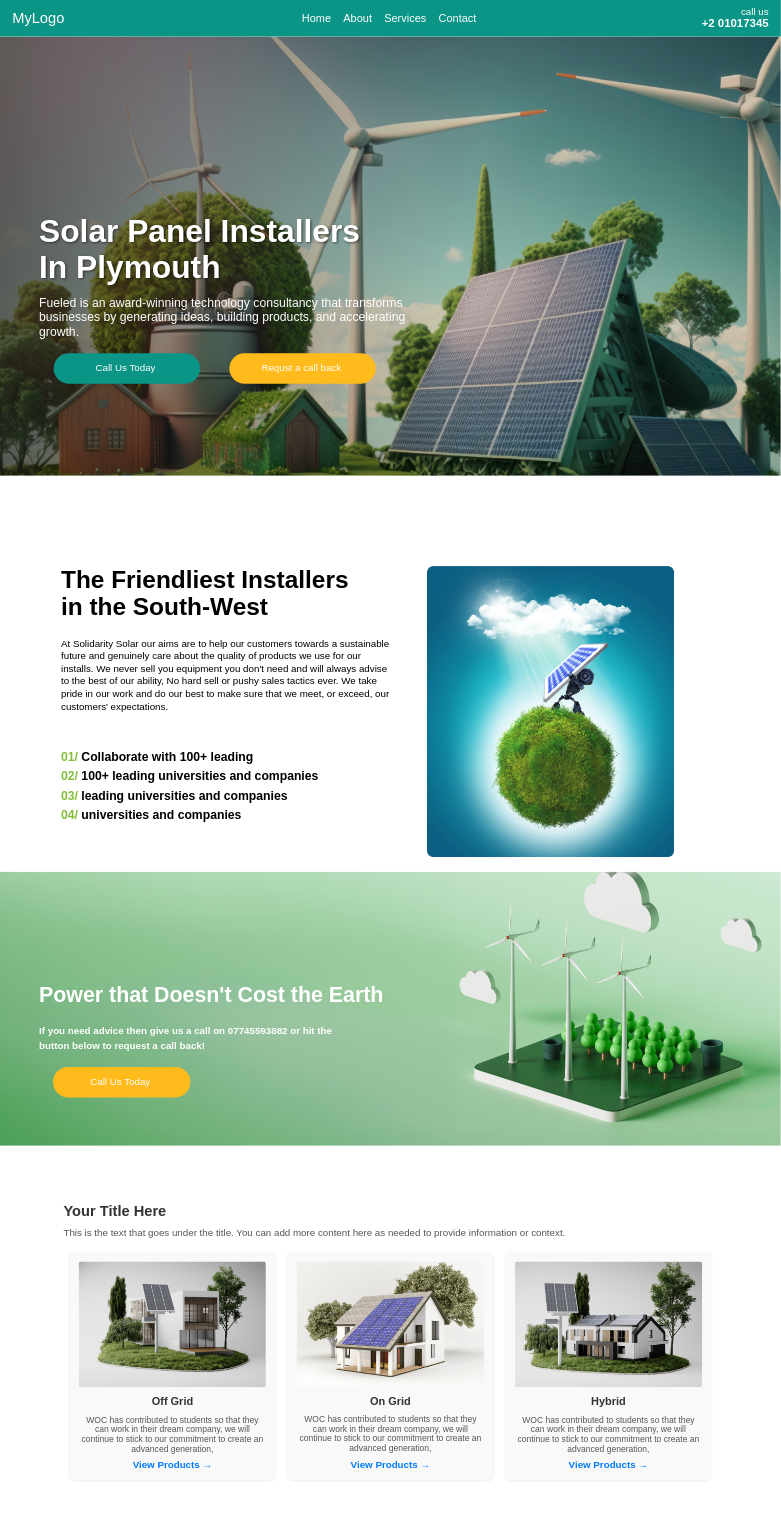
Repository: MaramNabil872/Landing-Page
Page: landingPage.html
An editor plug-in stored every save of this project. The page is shown before and after the next save, followed by the edit.
The browser window is 1280 px wide. The pictures show the whole page, at 61% of full size.

Above is the page before, as saved 2024-10-20 22:02:52.

After the next save:
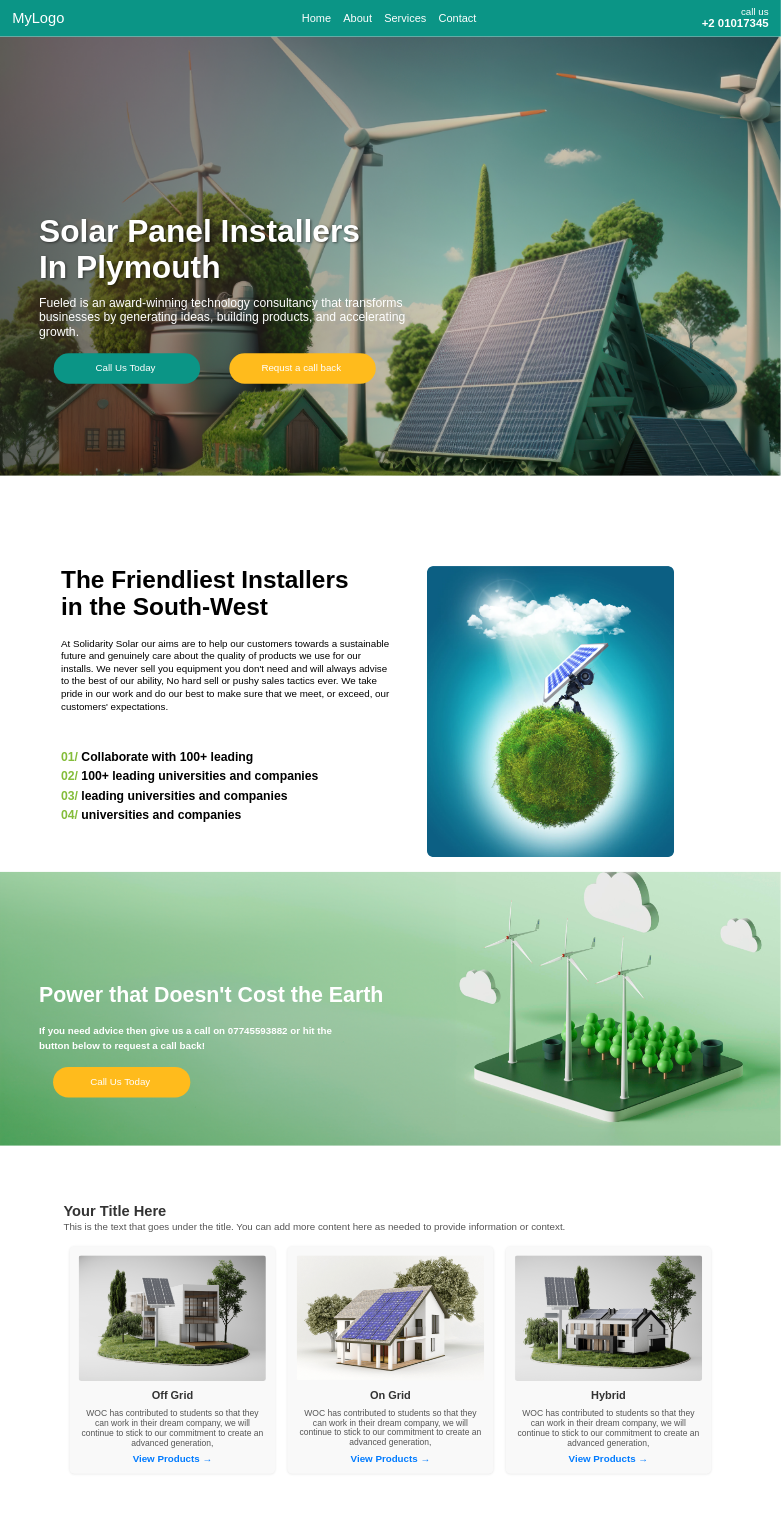
Saved 35 s later.
--- a/landingPage.css
+++ b/landingPage.css
@@ -219,7 +219,7 @@
 }
 
 .title {
-    margin: 0 0 10px; /* No margin above, 10px below the title */
+
     font-size: 24px; /* Font size for the title */
     color: #333; /* Color of the title text */
 }

After the save that followed:
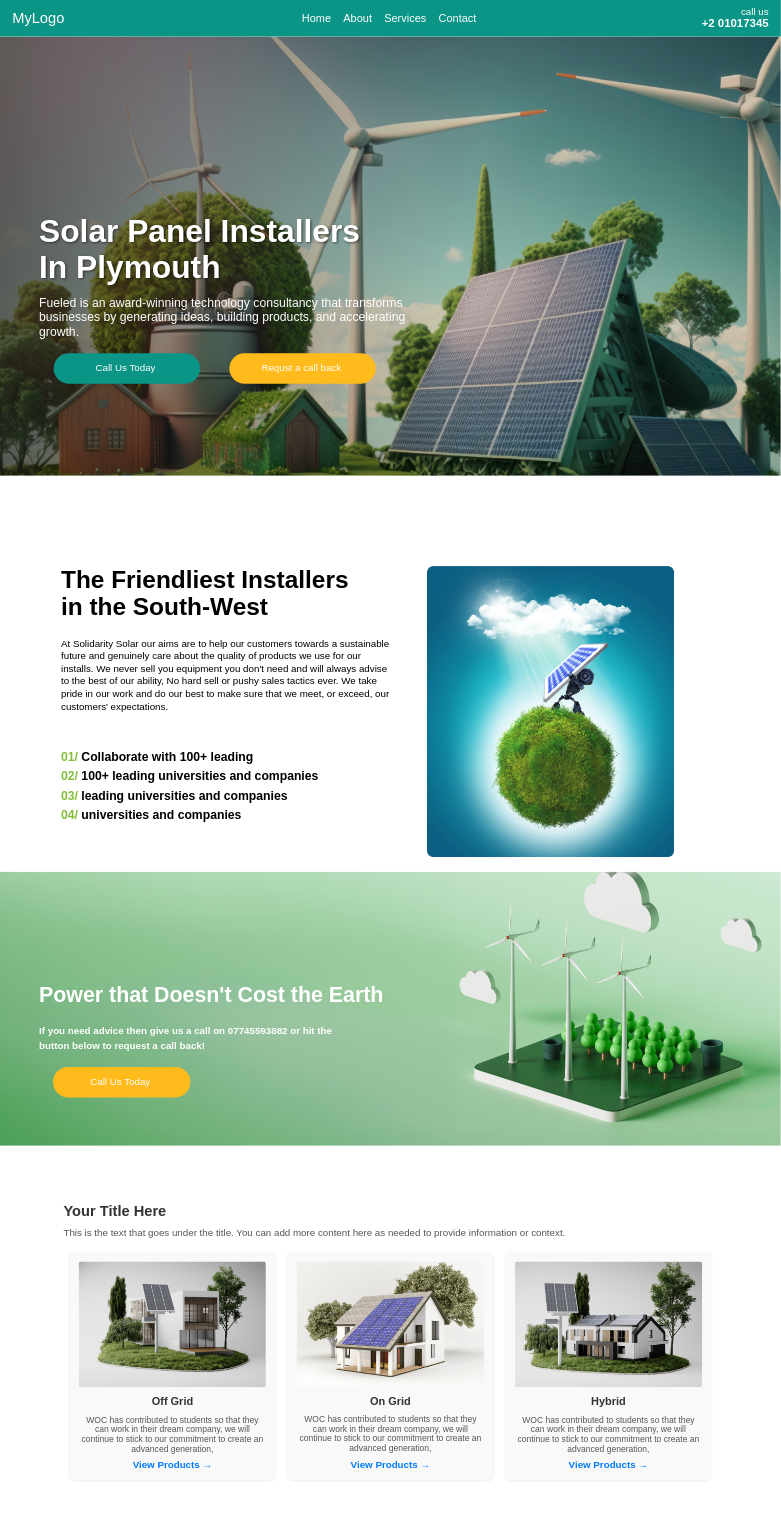
Saved 5 s later.
--- a/landingPage.css
+++ b/landingPage.css
@@ -219,7 +219,7 @@
 }
 
 .title {
-
+    margin: 0 0 10px; /* No margin above, 10px below the title */
     font-size: 24px; /* Font size for the title */
     color: #333; /* Color of the title text */
 }
